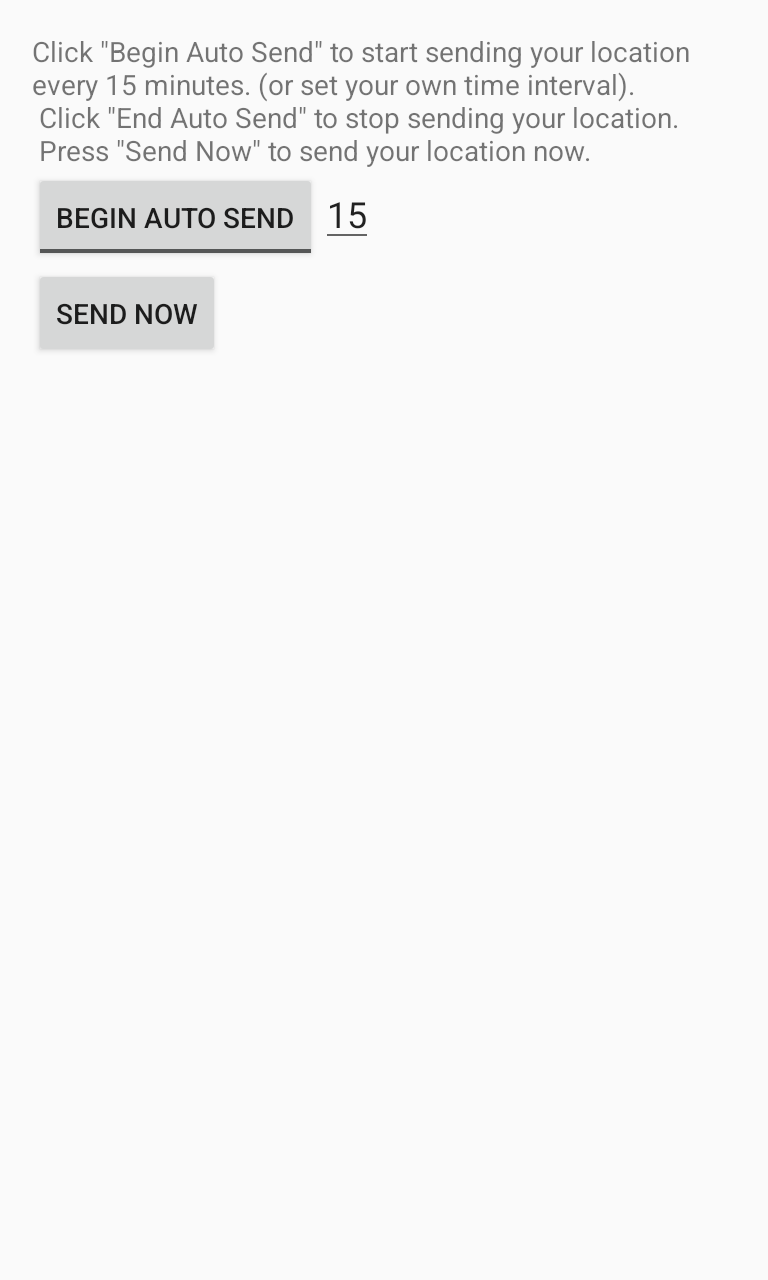
Repository: haidark/rahat
Layout: android/Rahat/res/layout/fragment_main.xml
An editor plug-in stored every save of this project. The layout is shown before and after the next save, followed by the edit.
It is drawn on a 768 x 1280 px phone screen (xhdpi) without system bars, with theme AppTheme; the app's code is not run.

Above is the layout before, as saved 2014-05-04 02:12:53.

After the next save:
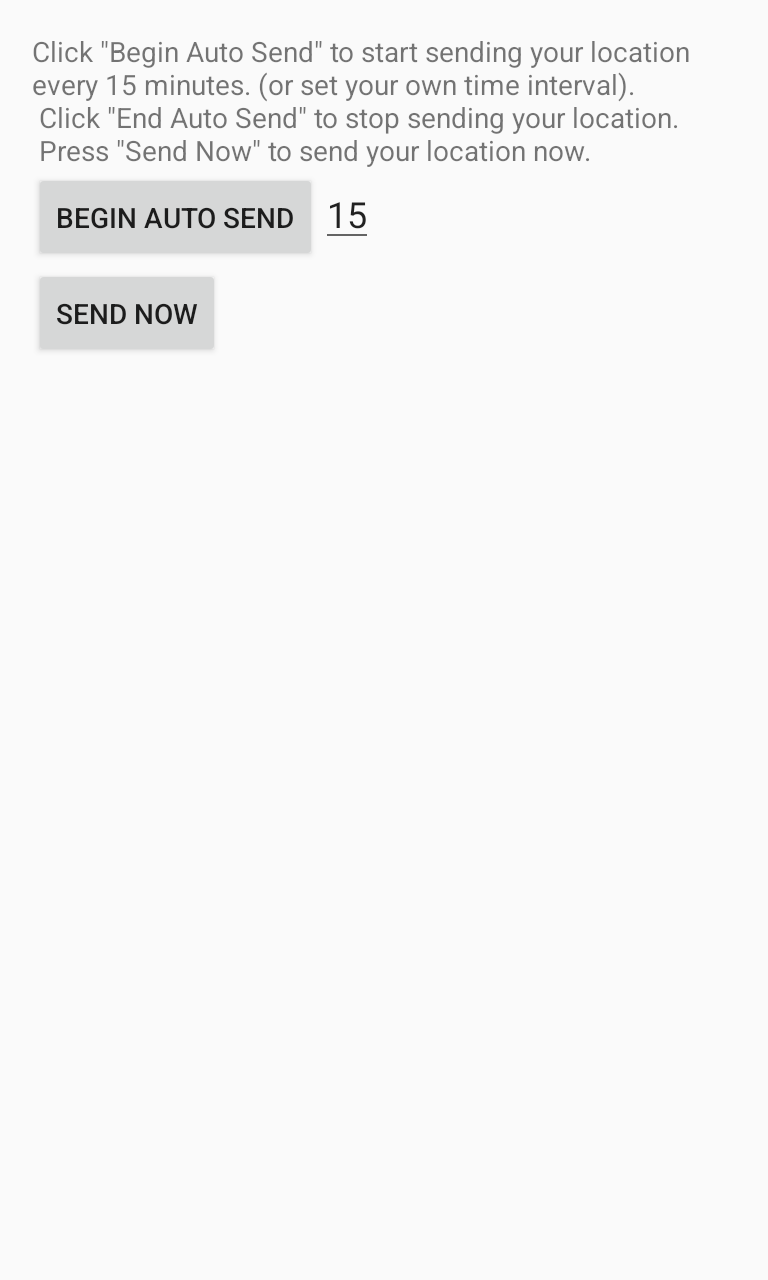
Saved 81 s later.
--- a/android/Rahat/res/layout/fragment_main.xml
+++ b/android/Rahat/res/layout/fragment_main.xml
@@ -17,13 +17,12 @@
     			  android:layout_height="wrap_content"
     			  android:orientation="horizontal">
 
-        <ToggleButton
+        <Button
             	android:id="@+id/togglebutton"
             	android:layout_width="wrap_content"
 		        android:layout_height="wrap_content"
-		        android:textOff="@string/button_start"
-    			android:textOn="@string/button_stop"
-		        android:onClick="toggleService" />
+		        android:text="@string/button_start"
+		        android:onClick="beginService" />
 
         <EditText android:id="@+id/edit_1"
         		  android:layout_width="wrap_content"
